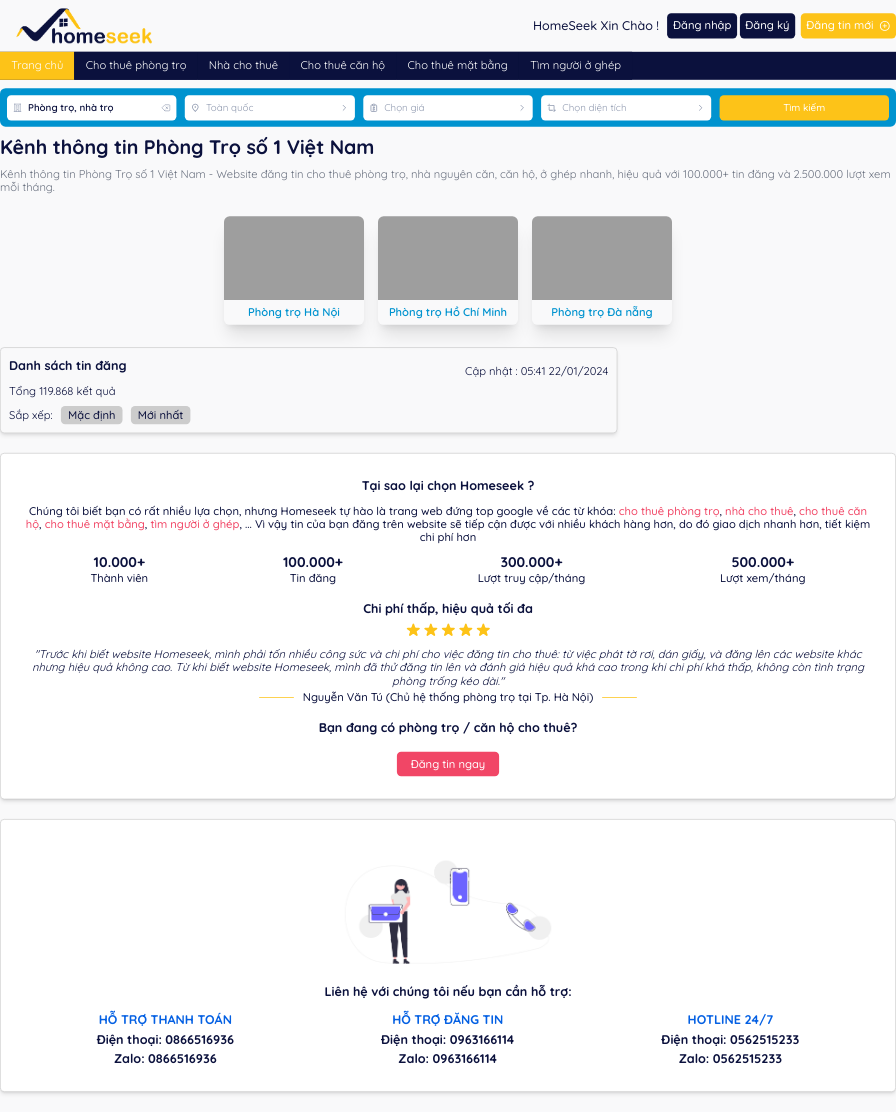
Repository: ajincome26/homeseek
Page: / (app in client/)
An editor plug-in stored every save of this project. The page is shown before and after the next save, followed by the edit.
The browser window is 1280 px wide. The pictures show the whole page, at 70% of full size.
Pictures or frames that could not be fetched are drawn as grey boxes. The page's requests for data from a server got no answer. The project was rebuilt for these pictures with package versions that can differ from the ones it lists, and the page was loaded fresh each time. Some packages were replaced by stand-ins written for this rebuild. No one was signed in, and anything a server would have sent is missing. Also part of the build but not shown: client/vite.config.ts, client/src/utils/utils.tsx, client/src/components/MainHeader/components/User.tsx, client/src/components/Popover/Popover.tsx, client/src/components/Sidebar/Sidebar.tsx, client/src/components/Sidebar/index.ts, client/src/components/SubNavigation/SubNavigation.tsx, client/src/components/SubNavigation/index.ts and 33 more.

Above is the page before, as saved 2024-01-22 05:41:57.

After the next save:
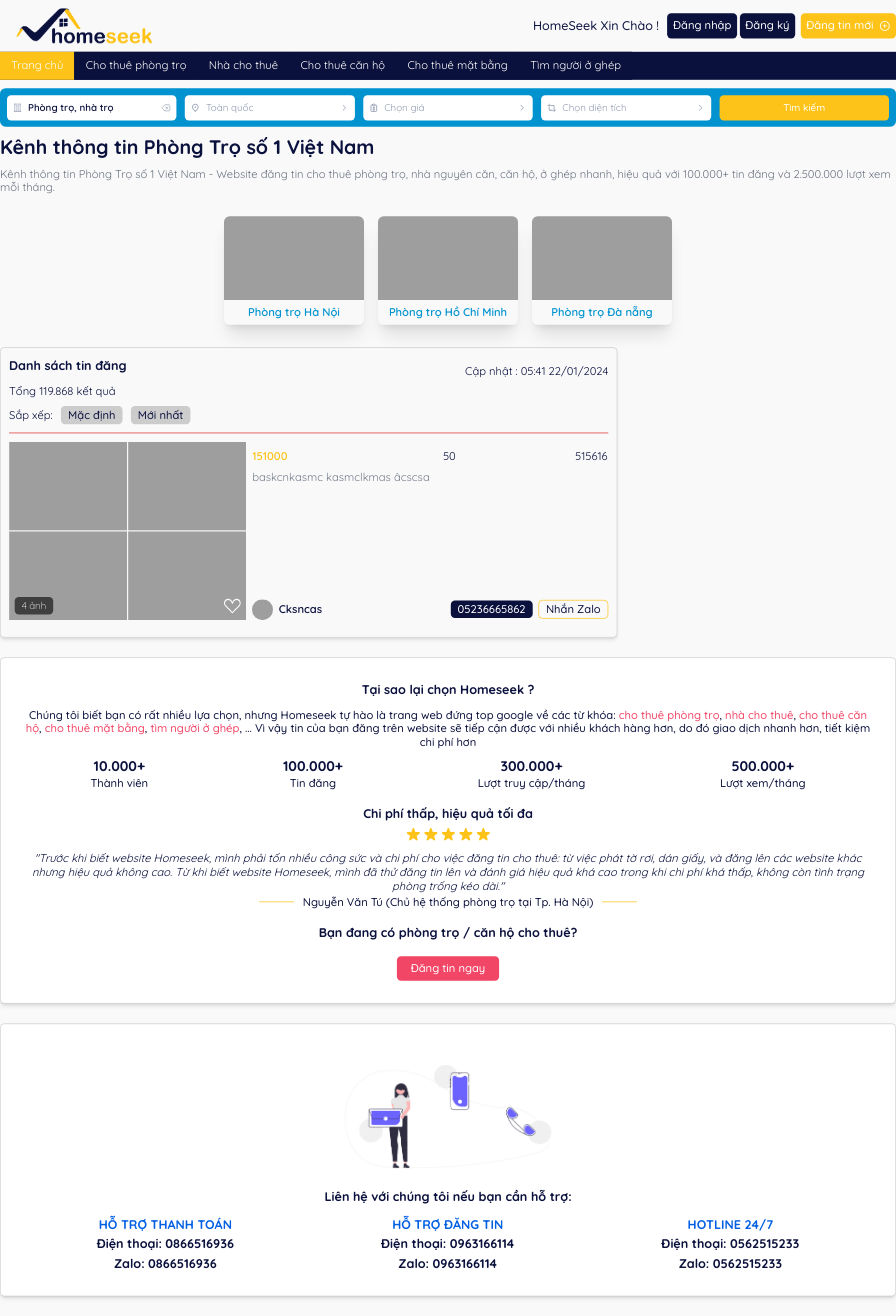
Saved 49 s later.
--- a/client/src/pages/HomePage/components/List.tsx
+++ b/client/src/pages/HomePage/components/List.tsx
@@ -34,10 +34,11 @@
         </Button>
       </div>
       <div className='posts'>
-        {posts?.length > 0 &&
+        {/* {posts?.length > 0 &&
           posts.map(() => {
             return <PostItem />
-          })}
+          })} */}
+        <PostItem />
       </div>
     </div>
   )
